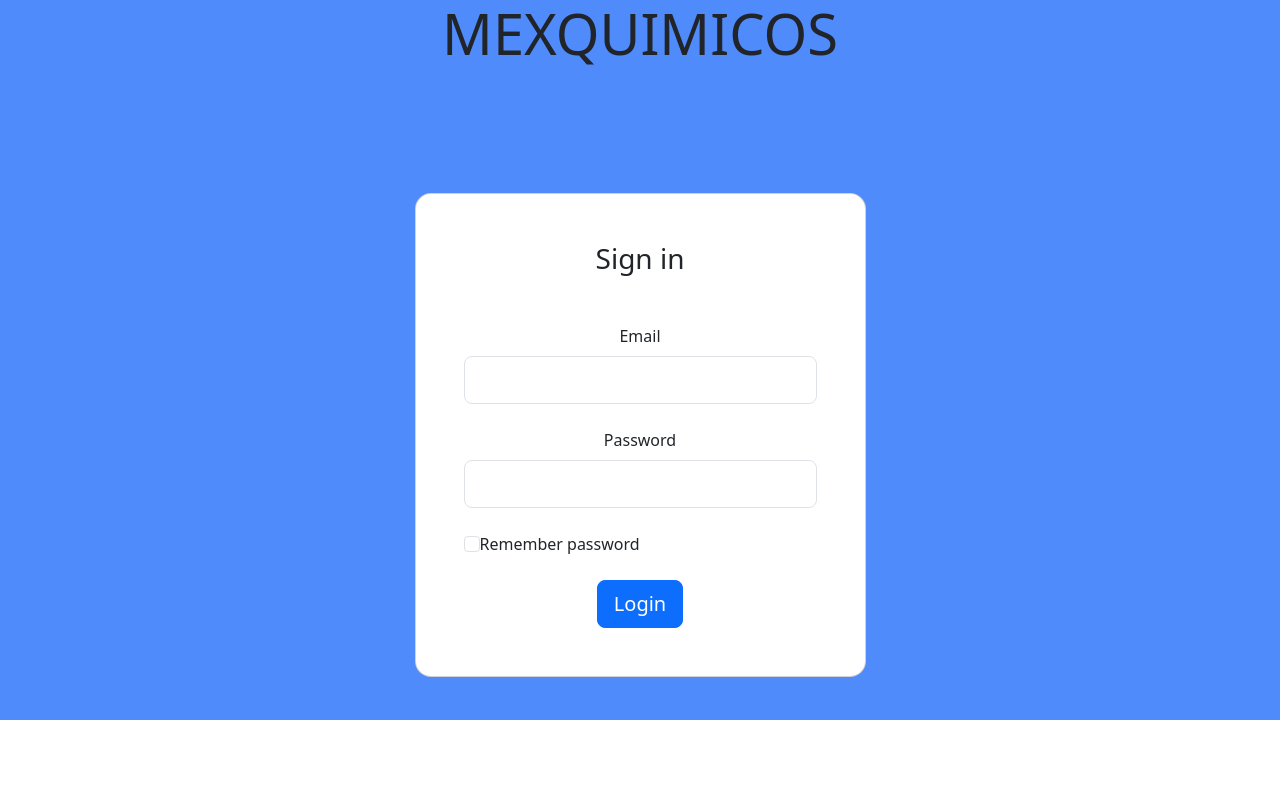
Repository: iDiv3r/MexiQuimicosIsay
Page: Index.html
The author's editor kept a copy of each file at every save. The page is drawn from the files as they stood at one save, then again after the next save.
The browser window is 1280 px wide. The pictures show the whole page.

Above is the page before, as saved 2023-11-25 00:37:21.

### Index.html
<!DOCTYPE html>
<html lang="es">
<head>
  <meta charset="UTF-8">
  <title>MEXIQUIMICO</title>
  <link rel="stylesheet" href="https://cdn.jsdelivr.net/npm/bootstrap@5.3.0/dist/css/bootstrap.min.css">
</head>
<body>
  <section class="vh-100" style="background-color: #508bfc;">
    <h1 class="display-4 text-center text-dark">MEXQUIMICOS</h1>
    <div class="container py-5 h-100">
      <div class="row d-flex justify-content-center align-items-center h-100">
        <div class="col-12 col-md-8 col-lg-6 col-xl-5">
          <div class="card shadow-2-strong" style="border-radius: 1rem;">
            <div class="card-body p-5 text-center">

              <h3 class="mb-5">Sign in</h3>

              <div class="form-outline mb-4">
                <label class="form-label" for="typeEmailX-2">Email</label>
                <input type="email" id="typeEmailX-2" class="form-control form-control-lg" />
              </div>

              <div class="form-outline mb-4">
                <label class="form-label" for="typePasswordX-2">Password</label>
                <input type="password" id="typePasswordX-2" class="form-control form-control-lg" />
              </div>
              <!-- Checkbox -->
              <div class="form-check d-flex justify-content-start mb-4">
                <input class="form-check-input" type="checkbox" value="" id="form1Example3" />
                <label class="form-check-label" for="form1Example3"> Remember password </label>
              </div>

              <button class="btn btn-primary btn-lg btn-block" type="submit">Login</button>
            </div>
          </div>
        </div>
      </div>
    </div>
  </section>
</body>
</html>

After the next save:
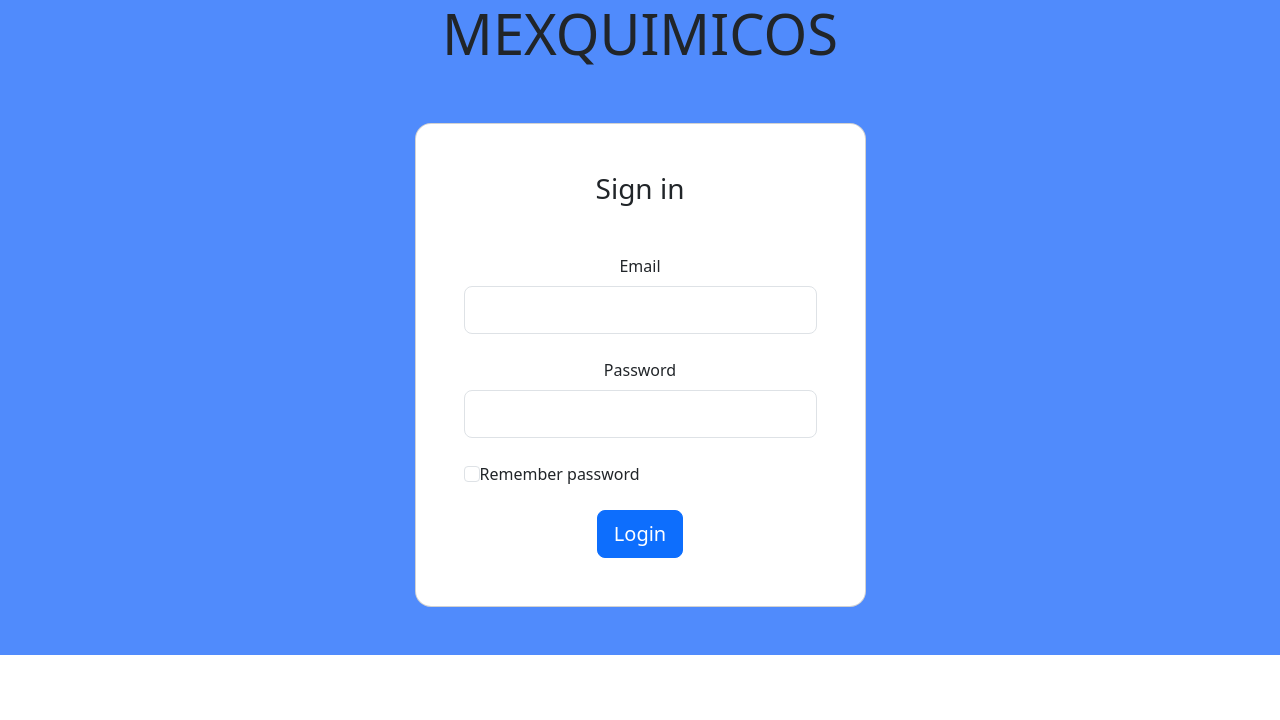
Saved 3 min 43 s later.
--- a/Index.html
+++ b/Index.html
@@ -6,14 +6,13 @@
   <link rel="stylesheet" href="https://cdn.jsdelivr.net/npm/bootstrap@5.3.0/dist/css/bootstrap.min.css">
 </head>
 <body>
-  <section class="vh-100" style="background-color: #508bfc;">
+  <section class="vh-10'%" style="background-color: #508bfc;">
     <h1 class="display-4 text-center text-dark">MEXQUIMICOS</h1>
     <div class="container py-5 h-100">
       <div class="row d-flex justify-content-center align-items-center h-100">
         <div class="col-12 col-md-8 col-lg-6 col-xl-5">
           <div class="card shadow-2-strong" style="border-radius: 1rem;">
             <div class="card-body p-5 text-center">
-
               <h3 class="mb-5">Sign in</h3>
 
               <div class="form-outline mb-4">

After the 2 saves that followed:
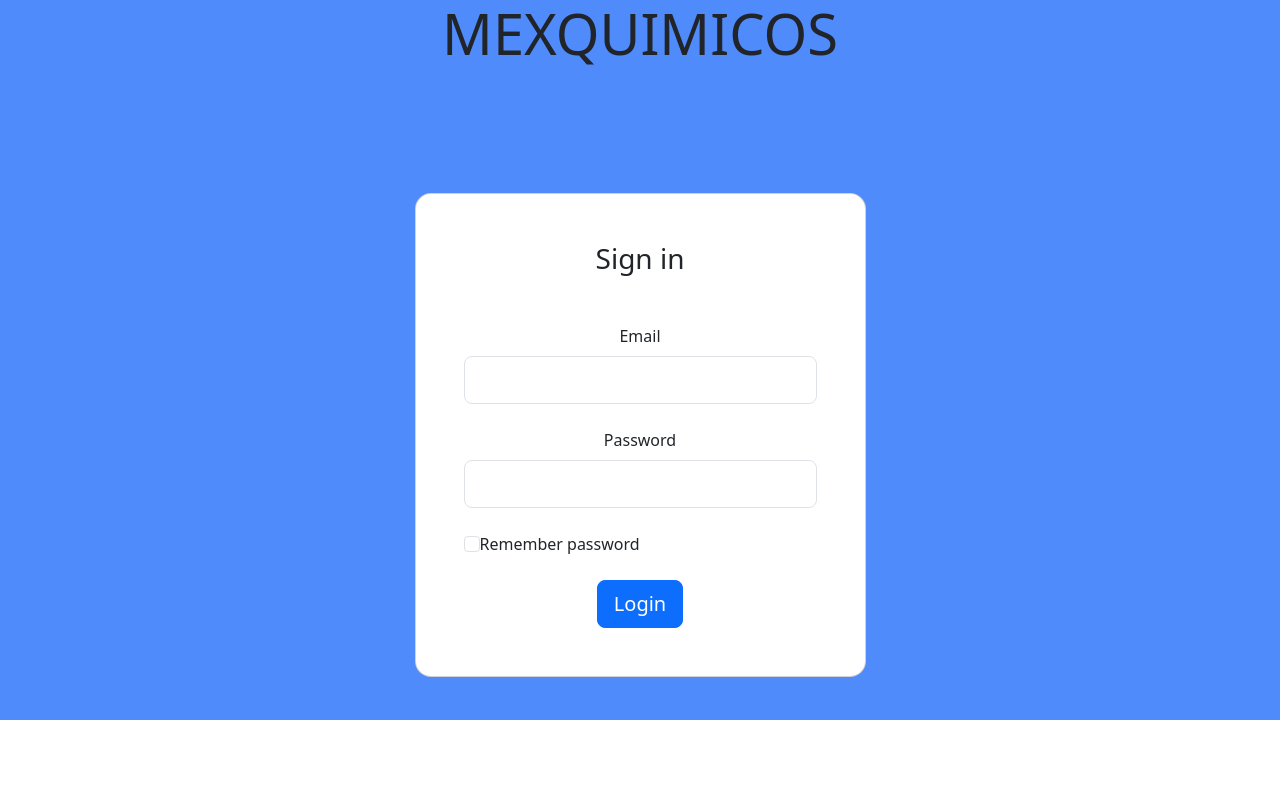
The 2 saves are shown as one change because 1 left the picture as it was.
The last was saved 11 s later.
--- a/Index.html
+++ b/Index.html
@@ -6,7 +6,7 @@
   <link rel="stylesheet" href="https://cdn.jsdelivr.net/npm/bootstrap@5.3.0/dist/css/bootstrap.min.css">
 </head>
 <body>
-  <section class="vh-10'%" style="background-color: #508bfc;">
+  <section class="vh-100" style="background-color: #508bfc;">
     <h1 class="display-4 text-center text-dark">MEXQUIMICOS</h1>
     <div class="container py-5 h-100">
       <div class="row d-flex justify-content-center align-items-center h-100">
